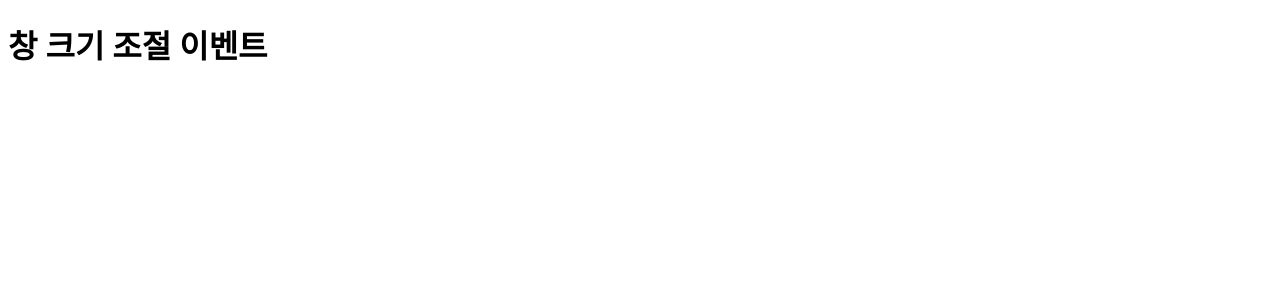
Repository: chaejunho689/bitcamp
Page: jQuery/src/main/webapp/02_jQueryEvent/exam11.html
The author's editor kept a copy of each file at every save. The page is drawn from the files as they stood at one save, then again after the next save.
The browser window is 1280 px wide. The pictures show the whole page.

Above is the page before, as saved 2024-08-23 02:22:52.

After the next save:
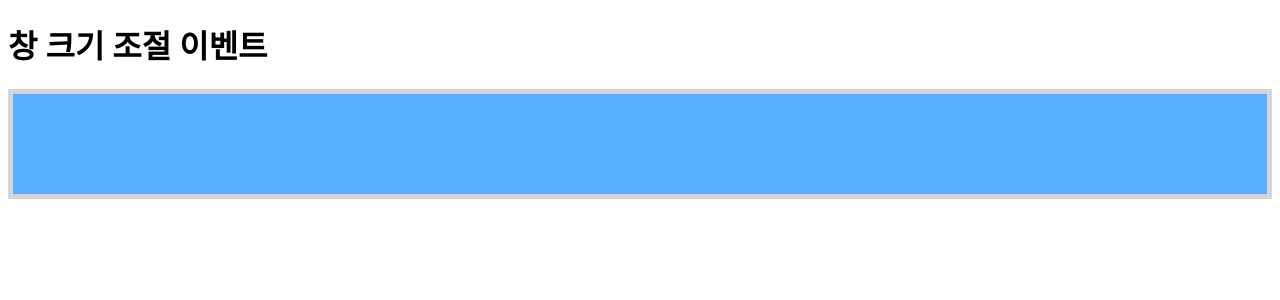
Saved 24 s later.
--- a/jQuery/src/main/webapp/02_jQueryEvent/exam11.html
+++ b/jQuery/src/main/webapp/02_jQueryEvent/exam11.html
@@ -3,8 +3,7 @@
 <head>
 <meta charset="UTF-8">
 <title>Insert title here</title>
-<title>Insert title here</title>
-
+<link rel="stylesheet" type="text/css" href="../css/event.css">
 </head>
 <body>
 	<h1> 창 크기 조절 이벤트 </h1>
